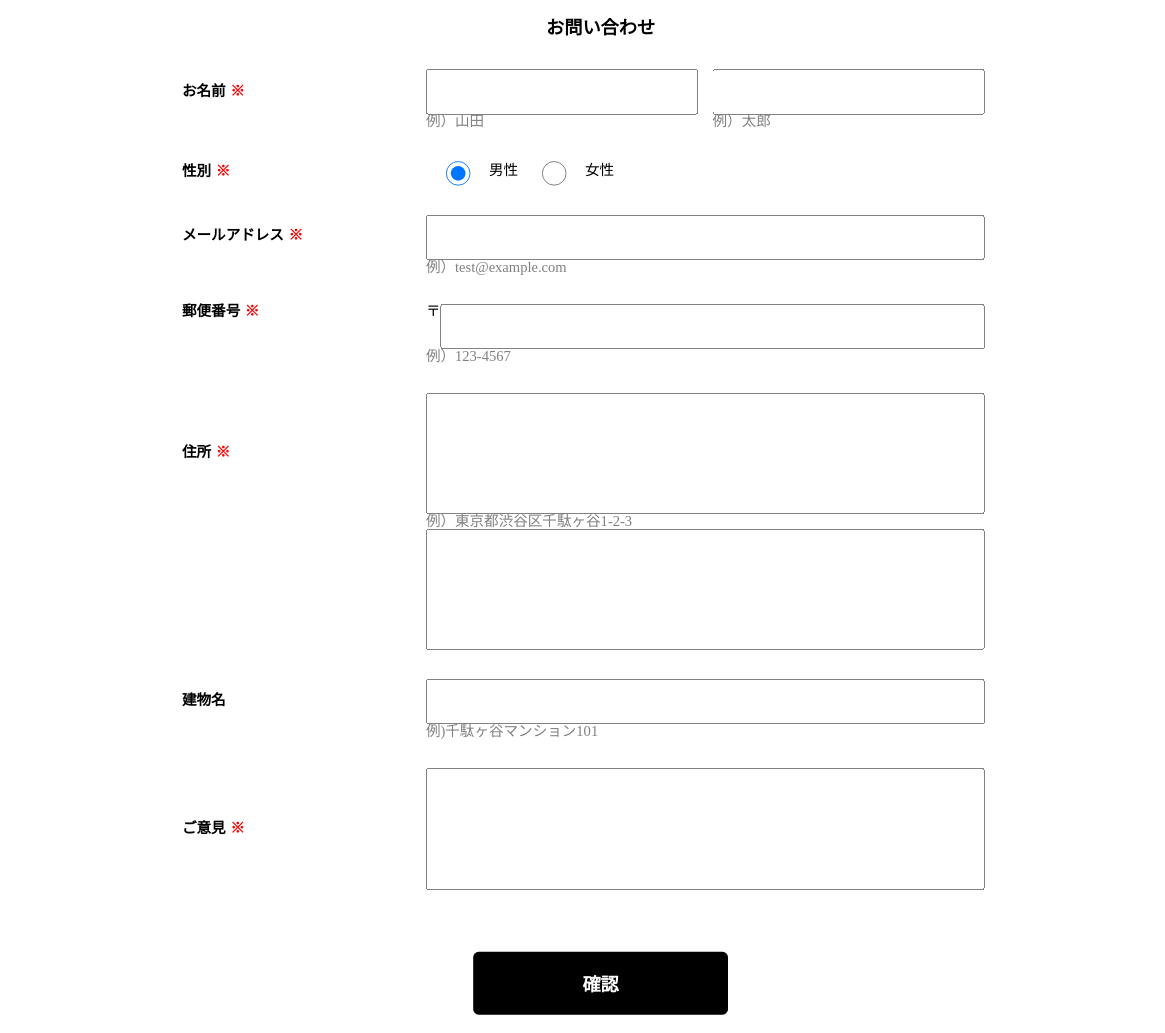
Repository: masanarimiura/20220723_miura_advance_test
Page: http://localhost/
An editor plug-in stored every save of this project. The page is shown before and after a run of saves, followed by the edit.
The browser window is 1280 px wide. The pictures show the whole page, at 91% of full size.
The page is served by the project's Laravel application, run on PHP 8.4 with Laravel 8.

Above is the page before, as saved 2022-07-22 13:06:13.

After the next 2 saves:
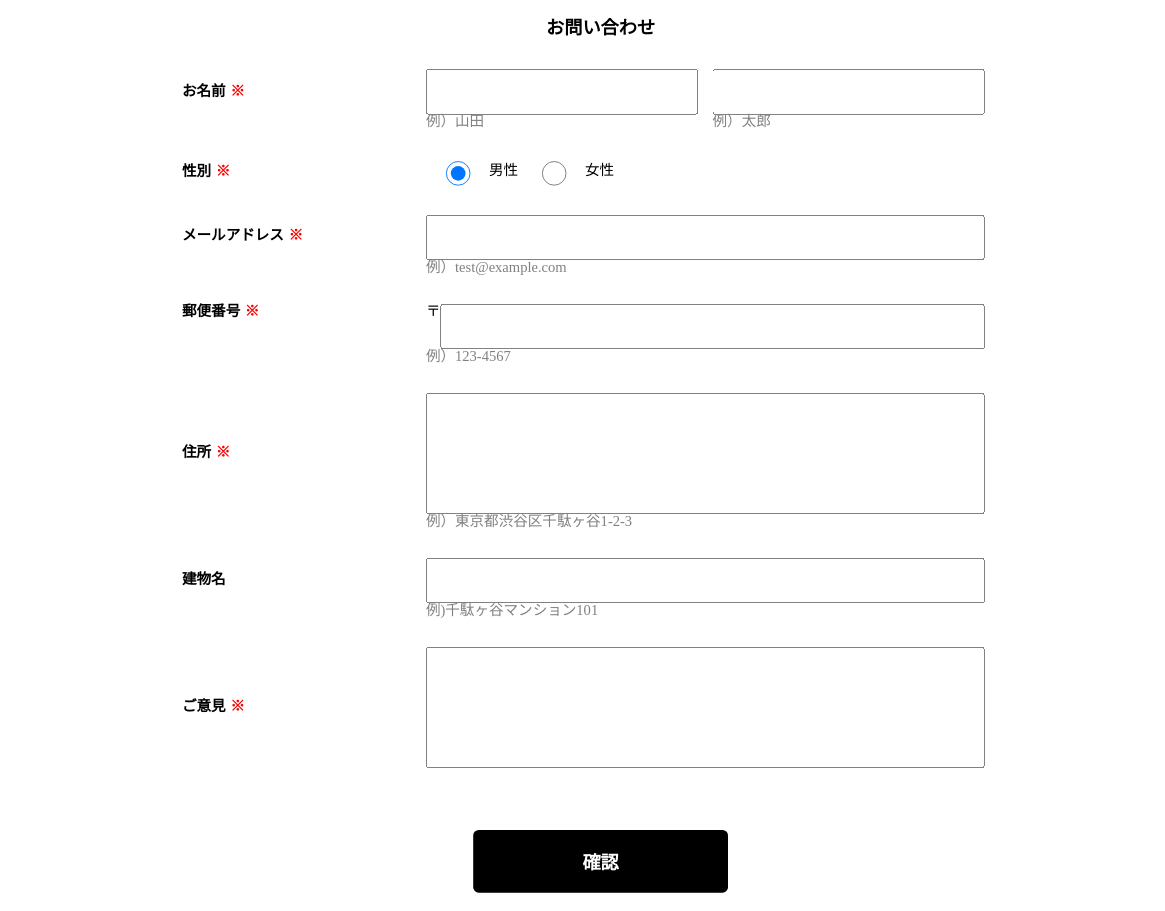
The 2 saves are shown as one change because they came seconds apart.
The last was saved 8 s later.
--- a/resources/views/index.blade.php
+++ b/resources/views/index.blade.php
@@ -254,9 +254,6 @@ input, select {
           <td colspan="2">
             <input type="text" name="address" value="{{ old('address') }}" class="p-region p-locality p-street-address p-extended-address opinion" id="address">
             <p class="example">例）東京都渋谷区千駄ヶ谷1-2-3</p>
-
-
-            <input type="text" name="opinion" value="{{ old('opinion') }}" class="opinion" id="opinion">
             <p class="notError" id="opinion_error">※ご意見を120字以内で入力してください</p>
 
 
